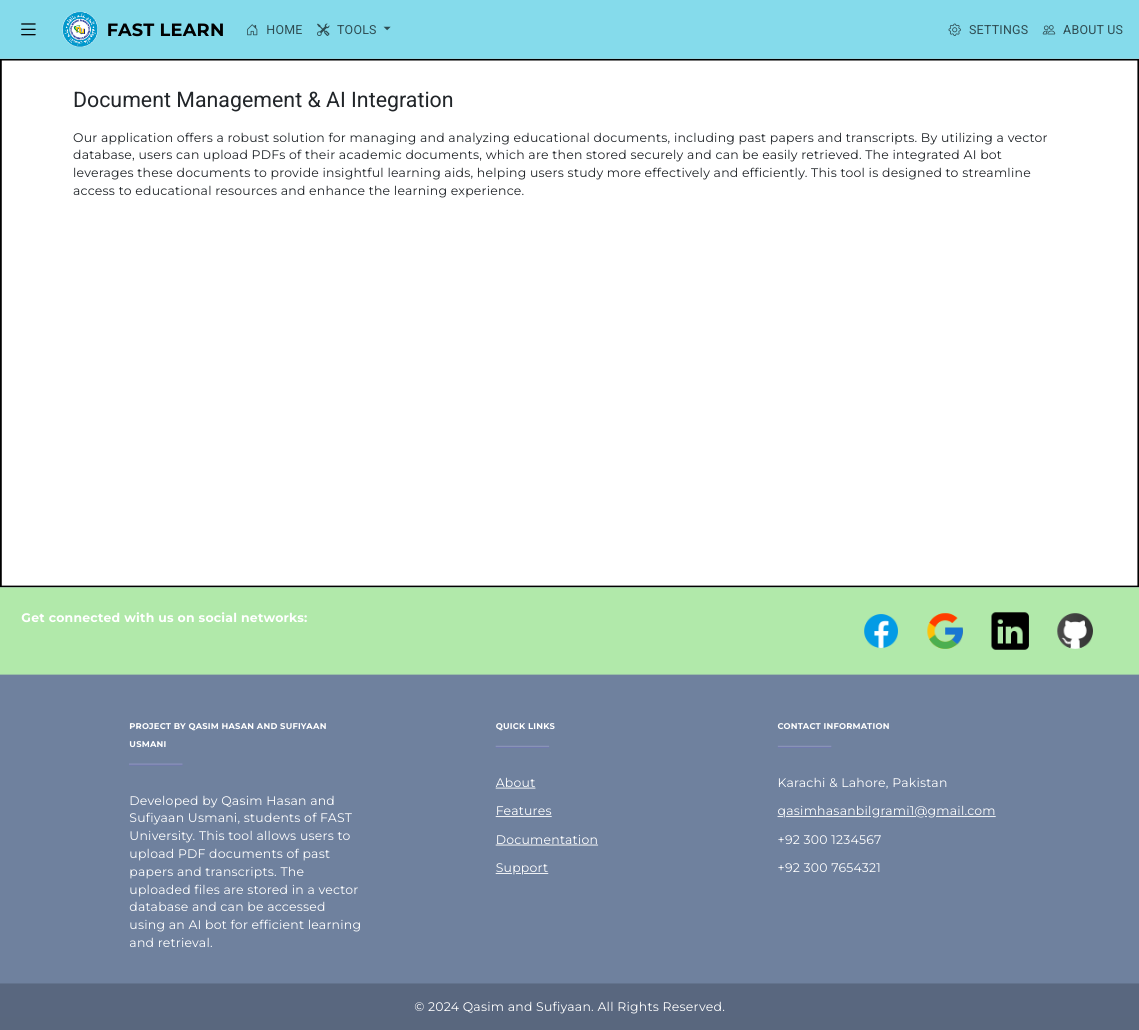
Repository: fastlearn-e0c9858e10ed/Frontend
Page: / (app in fastlearn/)
An editor plug-in stored every save of this project. The page is shown before and after the next save, followed by the edit.
The browser window is 1280 px wide. The pictures show the whole page, at 89% of full size.
The project was rebuilt for these pictures with package versions that can differ from the ones it lists, and the page was loaded fresh each time. Also part of the build but not shown: fastlearn/angular.json.

Above is the page before, as saved 2024-08-19 10:43:09.

### fastlearn/src/index.html
<!DOCTYPE html>
<html lang="en">
  <head>
    <meta charset="utf-8" />
    <title>Fastlearn</title>
    <base href="/" />
    <meta name="viewport" content="width=device-width, initial-scale=1" />
    <link rel="icon" type="image/x-icon" href="favicon.ico" />
    <link rel="preconnect" href="https://fonts.gstatic.com" />
    <link
      href="https://fonts.googleapis.com/css2?family=Roboto:wght@300;400;500&display=swap"
      rel="stylesheet"
    />
    <link
      href="https://fonts.googleapis.com/icon?family=Material+Icons"
      rel="stylesheet"
    />
    <link
      href="https://fonts.googleapis.com/css2?family=Montserrat:wght@400;700&display=swap"
      rel="stylesheet"
    />
    <!-- Bootstrap Icons CSS -->
    <link
      rel="stylesheet"
      href="https://cdnjs.cloudflare.com/ajax/libs/bootstrap-icons/1.10.0/font/bootstrap-icons.min.css"
    />
    <!-- Bootstrap 5 CSS -->
    <link
      href="https://cdnjs.cloudflare.com/ajax/libs/bootstrap/5.3.0/css/bootstrap.min.css"
      rel="stylesheet"
    />
    <!-- Popper.js (required for some Bootstrap 5 components) -->
    <script src="https://cdnjs.cloudflare.com/ajax/libs/popper.js/2.11.6/umd/popper.min.js"></script>

    <!-- Bootstrap 5 JavaScript -->
    <script src="https://cdnjs.cloudflare.com/ajax/libs/bootstrap/5.3.0/js/bootstrap.bundle.min.js"></script>
  </head>
  <body class="mat-typography">
    <app-root></app-root>
  </body>
</html>

### fastlearn/src/styles.css
/* You can add global styles to this file, and also import other style files */

html, body { height: 100%; }
body { margin: 0; font-family: Roboto, "Helvetica Neue", sans-serif; }

@import "~bootstrap-icons/font/bootstrap-icons.css";
@import url('https://fonts.googleapis.com/css2?family=Montserrat:wght@400;700&display=swap');

### fastlearn/src/app/app.module.ts
import { NgModule } from '@angular/core';
import { BrowserModule } from '@angular/platform-browser';

import { AppRoutingModule } from './app-routing.module';
import { AppComponent } from './app.component';
import { BrowserAnimationsModule } from '@angular/platform-browser/animations';
import { HeaderPageComponent } from './components/header-page/header-page.component';
import { FooterPageComponent } from './components/footer-page/footer-page.component';
import { HomePageComponent } from './components/home-page/home-page.component';

import { MatMenuModule } from '@angular/material/menu';
@NgModule({
  declarations: [
    AppComponent,
    HeaderPageComponent,
    FooterPageComponent,
    HomePageComponent
  ],
  imports: [
    BrowserModule,
    AppRoutingModule,
    BrowserAnimationsModule,
    MatMenuModule
  ],
  providers: [],
  bootstrap: [AppComponent]
})
export class AppModule { }

### fastlearn/src/app/app-routing.module.ts
import { NgModule } from '@angular/core';
import { RouterModule, Routes } from '@angular/router';
import { HomePageComponent } from './components/home-page/home-page.component';

const routes: Routes = [
  { path: '', redirectTo: '/homepage', pathMatch: 'full' },
  { path: 'homepage', component: HomePageComponent },
];

@NgModule({
  imports: [RouterModule.forRoot(routes)],
  exports: [RouterModule]
})
export class AppRoutingModule { }

### fastlearn/src/app/app.component.ts
import { Component } from '@angular/core';

@Component({
  selector: 'app-root',
  templateUrl: './app.component.html',
  styleUrls: ['./app.component.css']
})
export class AppComponent {
  title = 'fastlearn';
}

### fastlearn/src/app/components/header-page/header-page.component.ts
import { Component } from '@angular/core';

@Component({
  selector: 'app-header-page',
  templateUrl: './header-page.component.html',
  styleUrls: ['./header-page.component.css']
})
export class HeaderPageComponent {

}

### fastlearn/src/app/components/footer-page/footer-page.component.ts
import { Component } from '@angular/core';

@Component({
  selector: 'app-footer-page',
  templateUrl: './footer-page.component.html',
  styleUrls: ['./footer-page.component.css']
})
export class FooterPageComponent {

}

### fastlearn/src/app/app.component.html
<app-header-page></app-header-page>

<main class="content">
  <router-outlet></router-outlet> <!-- This is where your routed components will be displayed -->
</main>

<app-footer-page class="footer"></app-footer-page>

### fastlearn/src/app/app.component.css
main.content {
  flex: 1; /* Take up remaining space */
  overflow-y: auto; /* Enable scrolling if content exceeds viewport */
  padding: 20px; /* Adjust as needed */
  border: 2px solid black; /* Example border */
  box-sizing: border-box; /* Include padding and border in width/height */
}

.footer {
  background-color: #1c2331;
  color: white;
  width: 100%;
  height: 60px; /* Fixed height */
  margin-top: auto; /* Push the footer to the bottom */
}

:host {
  display: flex;
  flex-direction: column;
  min-height: 100vh; /* Ensure full viewport height */
  margin: 0;
}

### fastlearn/src/app/components/header-page/header-page.component.html
<nav class="navbar navbar-expand-lg navbar-light" style="background-color: #85dbeb;">
  <a class="navbar-brand ml-2 d-flex align-items-center" href="#">
    <!-- Drawer Icon -->
    <i class="bi bi-list navbar-icon mr-2" style="font-size: 24px; cursor: pointer;" onclick="toggleDrawer()"></i>

    <!-- Fast Learn Icon and Text -->
    <img src="../../../assets/header_icons/fast.png" alt="Custom Icon" class="navbar-icon mr-2">
    FAST LEARN
  </a>

  <!-- Toggler for mobile view -->
  <button class="navbar-toggler" type="button" data-bs-toggle="collapse" data-bs-target="#navbarNav" aria-controls="navbarNav" aria-expanded="false" aria-label="Toggle navigation">
    <span class="navbar-toggler-icon"></span>
  </button>

  <!-- Navbar content -->
  <div class="collapse navbar-collapse" id="navbarNav">
    <ul class="navbar-nav mr-auto">
      <li class="nav-item active">
        <a class="nav-link" routerLink="/homepage">
          <i class="bi bi-house-door"></i> HOME
        </a>
      </li>

      <li class="nav-item dropdown">
        <a class="nav-link dropdown-toggle" href="#" id="navbarDropdown" role="button" data-bs-toggle="dropdown" aria-expanded="false">
          <i class="bi bi-tools"></i> TOOLS
        </a>
        <ul class="dropdown-menu" aria-labelledby="navbarDropdown">
          <li><a class="dropdown-item" routerLink="/toolpage/notespage">Notes</a></li>
          <li><a class="dropdown-item" routerLink="/toolpage/pastpaperpage">Past Paper</a></li>
        </ul>
      </li>
    </ul>
    <div class="ml-auto d-flex align-items-center">
      <ul class="navbar-nav">
        <li class="nav-item">
          <a class="nav-link" routerLink="/settingpage">
            <i class="bi bi-gear"></i> SETTINGS
          </a>
        </li>
        <li class="nav-item">
          <a class="nav-link" routerLink="/settingpage">
            <i class="bi bi-people"></i> ABOUT US
          </a>
        </li>
      </ul>
    </div>
  </div>
</nav>

### fastlearn/src/app/components/header-page/header-page.component.css
/* Include Montserrat font */
@import url('https://fonts.googleapis.com/css2?family=Montserrat:wght@400;700&display=swap');

/* Navbar styling */
.navbar {
  color: #0ec3e7; /* Light blue background color */
}

/* Navbar brand styling */
.navbar-brand {
  margin-left: 20px; /* Space from the left edge */
  font-weight: bold; /* Make the brand name bold */
  font-family: 'Montserrat', sans-serif; /* Apply Montserrat font */

}

/* Align elements to the right and add spacing */
.ml-auto {
  margin-left: auto; /* Push elements to the right */
  margin-right: 10px; /* Space from the right edge */
}

/* Flex styling for inline forms */
.form-inline {
  display: flex; /* Use flexbox layout */
  align-items: center; /* Center align items vertically */
}

/* Margin adjustments for form controls */
.form-control {
  margin-right: 5px; /* Space between form controls */
}

/* Space between icon and text in nav links */
.navbar .nav-link i {
  margin-right: 5px; /* Space between icon and text */

}

/* Ensure dropdown menu appears correctly */
.navbar-nav .dropdown-menu {
  right: 0; /* Align dropdown to the right */
  left: auto; /* Override left alignment */
}



/* Navbar icon styling */
.navbar-icon {
  width: 40px; /* Adjust the size as needed */
  height: auto; /* Maintain aspect ratio */
  margin-right: 10px;
  border-radius: 25px;
}

/* Optional: Add additional styling */
.navbar-brand {
  display: flex;
  align-items: center;
  font-family: 'Montserrat', sans-serif; /* Ensure Montserrat is applied */
}

### fastlearn/src/app/components/footer-page/footer-page.component.html
<footer class="footer">
  <!-- Section: Social media -->
  <section class="d-flex justify-content-between p-4 social-media-section">
    <!-- Left -->
    <div class="me-5">
      <span>Get connected with us on social networks:</span>
    </div>
    <!-- Right -->
    <div>
      <a href="https://www.facebook.com/" class="text-white me-4" target="_blank" rel="noopener">
        <img src="../../../assets/footer_icons/facebook-icon.png" alt="Facebook">
      </a>

      <a href="https://www.google.com/" class="text-white me-4" target="_blank" rel="noopener">
        <img src="../../../assets/footer_icons/google-icon.png" alt="Google">
      </a>
      <a href="https://www.linkedin.com/" class="text-white me-4" target="_blank" rel="noopener">
        <img src="../../../assets/footer_icons/linkedin-icon.png" alt="LinkedIn">
      </a>
      <a href="https://github.com/" class="text-white me-4" target="_blank" rel="noopener">
        <img src="../../../assets/footer_icons/github-icon.png" alt="GitHub">
      </a>
    </div>
  </section>

  <!-- Section: Links  -->
  <section class="links-section">
    <div class="container text-center text-md-start mt-5">
      <!-- Grid row -->
      <div class="row mt-3">
        <!-- Grid column -->
        <div class="col-md-3 col-lg-4 col-xl-3 mx-auto mb-4">
          <!-- Content -->
          <h6 class="text-uppercase fw-bold">Project by Qasim Hasan and Sufiyaan Usmani</h6>
          <hr class="mb-4 mt-0 d-inline-block mx-auto" />
          <p>
            Developed by Qasim Hasan and Sufiyaan Usmani, students of FAST University. This tool allows users to upload PDF documents of past papers and transcripts. The uploaded files are stored in a vector database and can be accessed using an AI bot for efficient learning and retrieval.
          </p>

        </div>
        <!-- Grid column -->

        <!-- Grid column -->
        <div class="col-md-2 col-lg-2 col-xl-2 mx-auto mb-4">
          <!-- Links -->
          <h6 class="text-uppercase fw-bold">Quick Links</h6>
          <hr class="mb-4 mt-0 d-inline-block mx-auto" />
          <p>
            <a href="#!" class="text-white">About</a>
          </p>
          <p>
            <a href="#!" class="text-white">Features</a>
          </p>
          <p>
            <a href="#!" class="text-white">Documentation</a>
          </p>
          <p>
            <a href="#!" class="text-white">Support</a>
          </p>
        </div>
        <!-- Grid column -->

        <!-- Grid column -->

        <!-- Grid column -->
        <div class="col-md-4 col-lg-3 col-xl-3 mx-auto mb-md-0 mb-4">
          <!-- Contact Information -->
          <h6 class="text-uppercase fw-bold">Contact Information</h6>
          <hr class="mb-4 mt-0 d-inline-block mx-auto" />
          <p><i class="fas fa-home mr-3"></i> Karachi & Lahore, Pakistan</p>
          <p><i class="fas fa-envelope mr-3"></i> <a href="mailto:qasimhasanbilgrami1@gmail.com" class="text-white">qasimhasanbilgrami1&#64;gmail.com</a></p>
          <p><i class="fas fa-phone mr-3"></i> +92 300 1234567</p>
          <p><i class="fas fa-print mr-3"></i> +92 300 7654321</p>
        </div>
        <!-- Grid column -->
      </div>
      <!-- Grid row -->
    </div>
  </section>
  <!-- Section: Links  -->

  <!-- Copyright -->
  <div class="text-center p-3 copyright-section">
    © 2024 Qasim and Sufiyaan. All Rights Reserved.
  </div>
  <!-- Copyright -->
</footer>

### fastlearn/src/app/components/footer-page/footer-page.component.css
/* Import Montserrat font */
@import url('https://fonts.googleapis.com/css2?family=Montserrat:wght@400;700&display=swap');

/* Footer styling */
.footer {
  background-color: #6f819e; /* Dark background color */
  color: white; /* Text color */
  width: 100%; /* Full width */
  left: 0; /* Align to the left edge */
  bottom: 0; /* Align to the bottom edge */
  font-family: 'Montserrat', sans-serif; /* Apply Montserrat font */
}

/* Social media section styling */
.social-media-section {
  background-color: #b1e9aa; /* Green background color */
  font-weight: bold;
}

.social-media-section .text-white {
  margin-right: 1rem; /* Space between social media icons */
}

/* Links section styling */
.links-section .text-uppercase {
  font-weight: bold; /* Bold text */
  font-family: 'Montserrat', sans-serif; /* Apply Montserrat font */
}

.links-section hr {
  width: 60px; /* Line width */
  background-color: #7c4dff; /* Purple line color */
  height: 2px; /* Line height */
}

/* Copyright section styling */
.copyright-section {
  background-color: rgba(0, 0, 0, 0.2); /* Semi-transparent black background */
  font-family: 'Montserrat', sans-serif; /* Apply Montserrat font */
}

### fastlearn/src/app/components/home-page/home-page.component.html
<!-- Container for text -->
<div class="container my-2">
  <h1>Document Management & AI Integration</h1>
  <p>
    Our application offers a robust solution for managing and analyzing educational documents, including past papers and transcripts.
    By utilizing a vector database, users can upload PDFs of their academic documents, which are then stored securely and can be easily
    retrieved. The integrated AI bot leverages these documents to provide insightful learning aids, helping users study more effectively
    and efficiently. This tool is designed to streamline access to educational resources and enhance the learning experience.
  </p>
</div>

### fastlearn/src/app/components/home-page/home-page.component.css
.container{
  font-family: 'Montserrat', sans-serif; /* Apply Montserrat font */
}

Loaded but not shown: fastlearn/src/main.ts (common file); fastlearn/src/app/components/home-page/home-page.component.ts (common file)

After the next save:
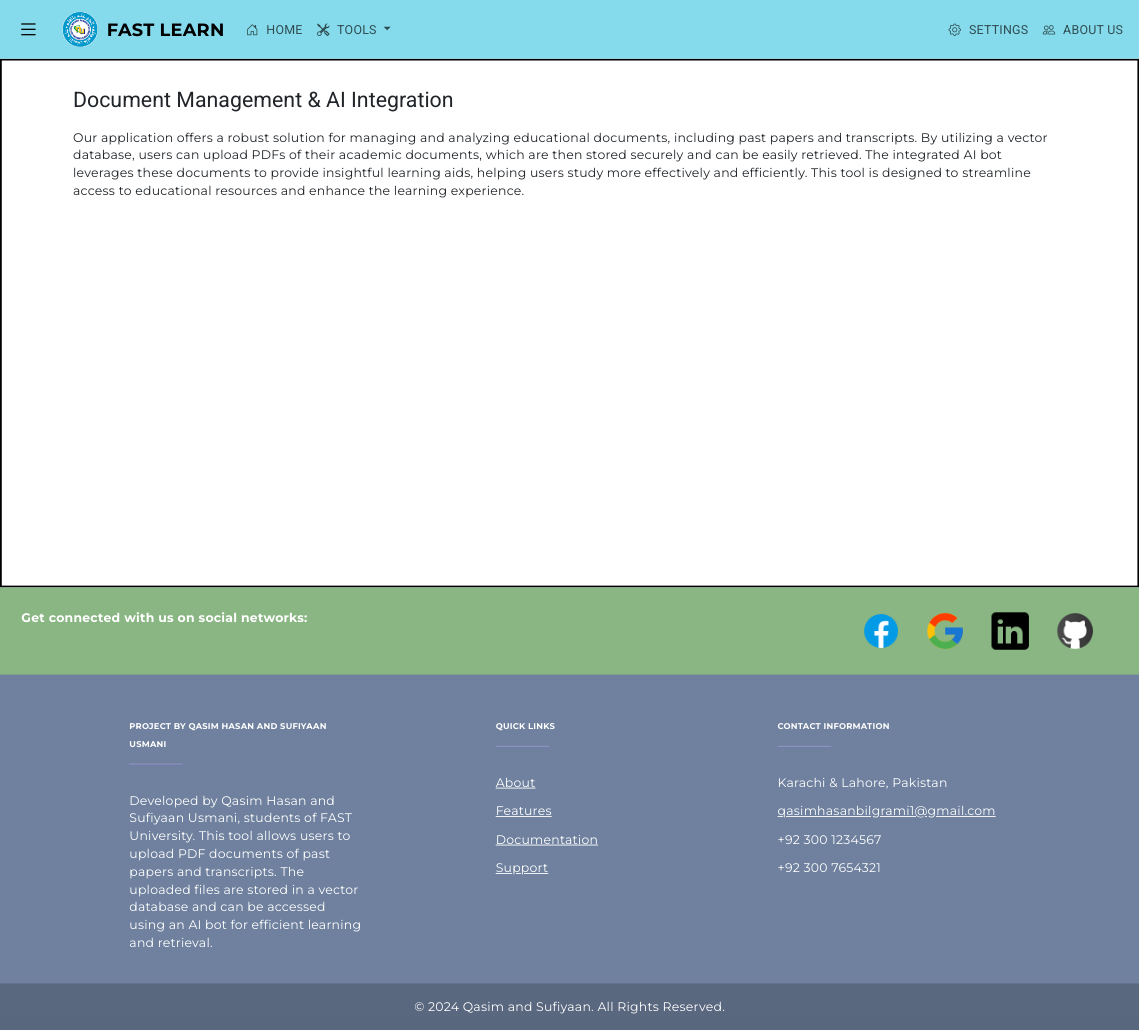
Saved 12 s later.
--- a/fastlearn/src/app/components/footer-page/footer-page.component.css
+++ b/fastlearn/src/app/components/footer-page/footer-page.component.css
@@ -13,7 +13,7 @@
 
 /* Social media section styling */
 .social-media-section {
-  background-color: #b1e9aa; /* Green background color */
+  background-color: #89b683; /* Green background color */
   font-weight: bold;
 }
 
